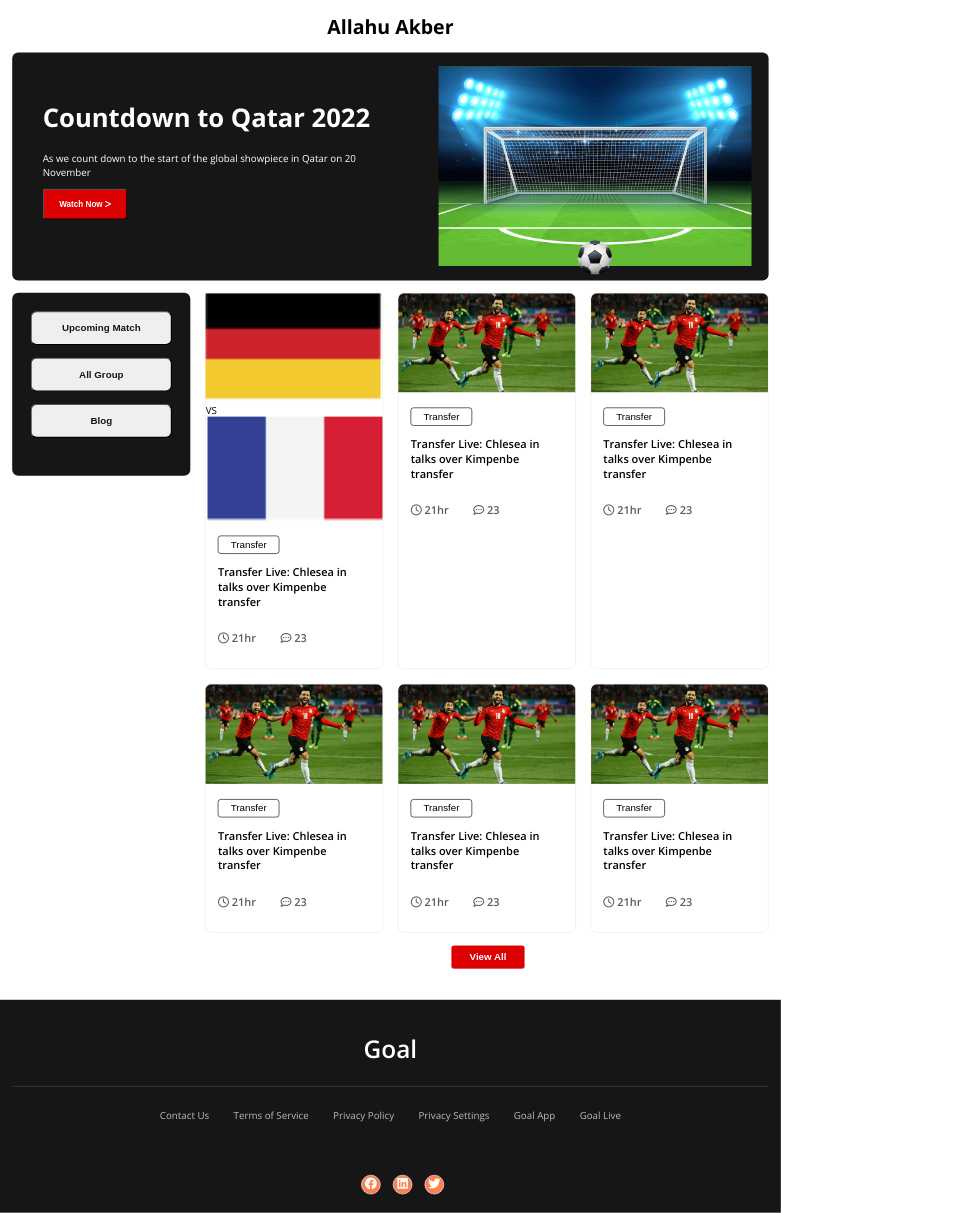
Repository: zjria/Qatar-world-cup
Page: match.html
An editor plug-in stored every save of this project. The page is shown before and after the next save, followed by the edit.
The browser window is 1280 px wide. The page is 1600 px wide, so the pictures cover 1600 px, including what lies to the right of the window. The pictures show the whole page, at 61% of full size.

Above is the page before, as saved 2022-09-10 10:02:38.

### match.html
<!DOCTYPE html>
<html lang="en">

<head>
    <meta charset="UTF-8">
    <meta http-equiv="X-UA-Compatible" content="IE=edge">
    <meta name="viewport" content="width=device-width, initial-scale=1.0">
    <title>QATAR WORLD CUP</title>
    <!-- Font Awesome CDN Link -->
    <link rel="stylesheet" href="https://cdnjs.cloudflare.com/ajax/libs/font-awesome/6.2.0/css/all.min.css"
        integrity="sha512-xh6O/CkQoPOWDdYTDqeRdPCVd1SpvCA9XXcUnZS2FmJNp1coAFzvtCN9BmamE+4aHK8yyUHUSCcJHgXloTyT2A=="
        crossorigin="anonymous" referrerpolicy="no-referrer" />
    <!-- Font Awesome CDN Link -->
    <link rel="stylesheet" href="https://cdnjs.cloudflare.com/ajax/libs/font-awesome/6.2.0/css/all.min.css"
        integrity="sha512-xh6O/CkQoPOWDdYTDqeRdPCVd1SpvCA9XXcUnZS2FmJNp1coAFzvtCN9BmamE+4aHK8yyUHUSCcJHgXloTyT2A=="
        crossorigin="anonymous" referrerpolicy="no-referrer" />
    <!-- Custom CSS -->
    <link rel="stylesheet" href="style.css">

</head>

<body>
    <h1 style="text-align:center;">Allahu Akber</h1>


    <!-- Header Section -->
    <header class="header-container">

        <div class="header-text">
            <h1>Countdown to Qatar 2022</h1>
            <p>As we count down to the start of the global showpiece in Qatar on 20 November</p>
            <button>Watch Now <i class="fa-solid fa-greater-than"></i> </button>
        </div>

        <div class="header-img">
            <marquee behavior="alternate" scrollamount="0" direction="">
                <marquee behavior="alternate" scrollamount="0" direction="">
                    <img src="images/Ball.png" class="ball" alt="">
                </marquee>

            </marquee>

        </div>


    </header>


    <!-- Nav Section start HTML -->
    <div class="nav-container">
        <nav class="nav-section">
            <div class="all-button">
                <button><a href="#">Upcoming Match</a></button>
                <button><a href="#">All Group</a></button>
                <button><a href="#">Blog</a></button>
            </div>
        </nav>

        <!-- Main Section Start HTML  -->
        <main class="main-section">
            <div class="transfer">
                <div class="match-vs">
                    <img src="images/germany Flag.png" alt=""> <span>VS</span>
                    <img src="images/Flag.png" alt="">
                </div>
                <div class="button-text">
                    <button>Transfer</button>
                    <p>Transfer Live: Chlesea in talks over Kimpenbe transfer</p>
                    <div class="icons">
                        <p><i class="fa-regular fa-clock"></i> <span>21hr</span></p>
                        <p><i class="fa-regular fa-comment-dots"></i> <span> 23</span></p>
                    </div>
                </div>
            </div>
            <div class="transfer">
                <img src="images/Blog Image.png" alt=""> <br>
                <div class="button-text">
                    <button>Transfer</button>
                    <p>Transfer Live: Chlesea in talks over Kimpenbe transfer</p>
                    <div class="icons">
                        <p><i class="fa-regular fa-clock"></i> <span>21hr</span></p>
                        <p><i class="fa-regular fa-comment-dots"></i> <span> 23</span></p>
                    </div>
                </div>
            </div>
            <div class="transfer">
                <img src="images/Blog Image.png" alt=""> <br>
                <div class="button-text">
                    <button>Transfer</button>
                    <p>Transfer Live: Chlesea in talks over Kimpenbe transfer</p>
                    <div class="icons">
                        <p><i class="fa-regular fa-clock"></i> <span>21hr</span></p>
                        <p><i class="fa-regular fa-comment-dots"></i> <span> 23</span></p>
                    </div>
                </div>
            </div>
            <div class="transfer">
                <img src="images/Blog Image.png" alt=""> <br>
                <div class="button-text">
                    <button>Transfer</button>
                    <p>Transfer Live: Chlesea in talks over Kimpenbe transfer</p>
                    <div class="icons">
                        <p><i class="fa-regular fa-clock"></i> <span>21hr</span></p>
                        <p><i class="fa-regular fa-comment-dots"></i> <span> 23</span></p>
                    </div>
                </div>
            </div>
            <div class="transfer">
                <img src="images/Blog Image.png" alt=""> <br>
                <div class="button-text">
                    <button>Transfer</button>
                    <p>Transfer Live: Chlesea in talks over Kimpenbe transfer</p>
                    <div class="icons">
                        <p><i class="fa-regular fa-clock"></i> <span>21hr</span></p>
                        <p><i class="fa-regular fa-comment-dots"></i> <span> 23</span></p>
                    </div>
                </div>
            </div>
            <div class="transfer">
                <img src="images/Blog Image.png" alt=""> <br>
                <div class="button-text">
                    <button>Transfer</button>
                    <p>Transfer Live: Chlesea in talks over Kimpenbe transfer</p>
                    <div class="icons">
                        <p><i class="fa-regular fa-clock"></i> <span>21hr</span></p>
                        <p><i class="fa-regular fa-comment-dots"></i> <span> 23</span></p>
                    </div>
                </div>
            </div>
        </main>
    </div>

    <!-- Only Table -->
    <div class="view-all">
        <Button>View All</Button>
    </div>

    <!-- Footer Section start -->
    <div class="footer-container">
        <div class="footer">
            <h2>Goal</h2>
            <hr>
            <div class="footer-text">
                <ul>
                    <li>Contact Us</li>
                    <li>Terms of Service</li>
                    <li>Privacy Policy</li>
                    <li>Privacy Settings</li>
                    <li>Goal App</li>
                    <li>Goal Live</li>
                </ul>
            </div>
        </div>
        <!-- Social Icons start -->
        <div class="social-icons">
            <ul>
                <li><a href="https://web.facebook.com/profile.php?id=100010388645936"><i
                            class="fa-brands fa-facebook"></i></a></li>
                <li><a href="https://www.linkedin.com/in/web-developer-zj/"><i class="fa-brands fa-linkedin"></i></a>
                </li>
                <li><a href="https://twitter.com/webdeveloper_zj"><i class="fa-brands fa-twitter"></i></a></li>
            </ul>
        </div>
    </div>
</body>

</html>

### style.css
/* Google Fonts Link */
@import url('https://fonts.googleapis.com/css2?family=Open+Sans:wght@300;400;500;600;700&family=Poppins:wght@500&family=Roboto:wght@100;300;400;500;700;900&display=swap');

body {
    font-family: 'Open Sans', sans-serif;
    margin: 0%;
    padding: 0%;
    background-color: white;
}

/* Header Section */

.header-container {
    display: flex;
    border-radius: 10px;
    margin-bottom: 130px;
    margin: 20px;
    background: #161616;
}

.header-container .header-text {
    color: #FFFFFF;
    padding: 50px;
    width: 50%;

}

.header-container .header-text h1 {
    font-size: 42px;
    bottom: 20px;
}

.header-container .header-text p {
    font-size: 16px;
}

.header-container .header-text button {
    background: #DD0000;
    border-radius: 5px;
    padding: 16px 25px;
    color: white;
    font-weight: 700;
}

.header-img {
    background: url(images/goal-bar.png);
    background-repeat: no-repeat;
    background-position: center;
    background-size: 90%;
    width: 50%;
}

.header-img .ball {
    justify-content: center;
    align-items: center;
    margin: 0 auto;
    display: flex;
    margin-top: 54%;
}

.header-img img {
    width: 10%;
}

.ball {
    transition: transform 0.3s ease-out;
}

.header-img:hover .ball {
    transform: rotate(90deg);
    transform: translate(280px, -50%);
    padding-top: -60px;
    transform: scale(0.5) translate(-100%, -100%) rotate(0.5turn);

}


/* Nav Section Start */

.nav-container {
    display: flex;
    margin: 20px;
}

.nav-section {
    background: #161616;
    border-radius: 10px;
    margin-right: 24px;
    width: 500px;
    height: 300px;
}

.all-button {
    display: flex;
    flex-direction: column;
    margin: 30px 30px 0px 30px;
}

.all-button button {
    padding: 17px;
    margin-bottom: 20px;
    border-radius: 10px;
    font-weight: 700;
    font-size: 16px;
}

.all-button button a {
    text-decoration: none;
    color: #161616;
}

.all-button button:hover {
    background-color: #DD0000;
    color: white;
}

/* Main Section */
.main-section {
    display: grid;
    grid-template-columns: repeat(3, 1fr);
    grid-column-gap: 24px;
    grid-row-gap: 24px;
}

.transfer {
    border: 1px solid #E8E8E8;
    border-radius: 10px;
}

.button-text {
    padding: 20px;
}

.button-text button {
    padding: 5px 20px;
    border: 1px solid;
    border-radius: 5px;
    font-size: 16px;
    background-color: white;
}

.button-text p {
    font-size: 18px;
    font-weight: 600;
}

.transfer img {
    width: 100%;
}

.container .nav-section {
    width: 312px;
}

.icons {
    display: flex;
    color: rgba(22, 22, 22, 0.7);
    font-size: 16px;
}

.icons p {
    margin-right: 40px;
}

/* Only Table */
.view-all {
    display: flex;
    justify-content: center;
    margin: 0 auto;
    margin-right: -25%;
}

.view-all button {
    padding: 10px 30px;
    border: 1px solid;
    border-radius: 5px;
    font-size: 16px;
    color: white;
    background-color: #DD0000;
    font-weight: 700;
}



/* Footer Container style start */
.footer-container {
    width: 100%;
    background: #161616;
    margin-top: 50px;
}

.footer hr {
    border: 1px solid rgba(255, 255, 255, 0.1);

}

.footer {
    text-align: center;
    justify-content: center;
    align-items: center;
    margin: 0 auto;
    padding: 20px 0px;
}

.footer hr {
    margin: 0px 20px;
}

.footer-container h2 {
    color: #FFFFFF;
    font-weight: 600;
    font-size: 40px;

}

.footer-container .footer-text {
    color: #FFFFFF;
    text-align: center;
    justify-content: center;
    align-items: center;

}

.footer-container .footer-text ul {
    display: flex;
    text-align: center;
    justify-content: center;
    align-items: center;
    /* margin: 0px 20px; */
    padding: 0px;
}

.footer-container .footer-text ul li {
    text-decoration: none;
    list-style: none;
    margin: 20px 20px;
    color: #B9B9B9;
    font-size: 16px;
}

/* Social Icons style start */
.social-icons {
    color: white;
    font-size: 20px;
    margin: 0 auto;
    text-align: center;
    justify-content: center;
    align-items: center;
    display: flex;
}

.social-icons ul {
    display: flex;
}

.social-icons ul li {
    background-color: coral;
    border-radius: 50%;
    width: 30px;
    height: 30px;
    border: 1px solid ghostwhite;
    list-style: none;
    margin: 10px;

}

.social-icons ul li a {
    color: white;
}

After the next save:
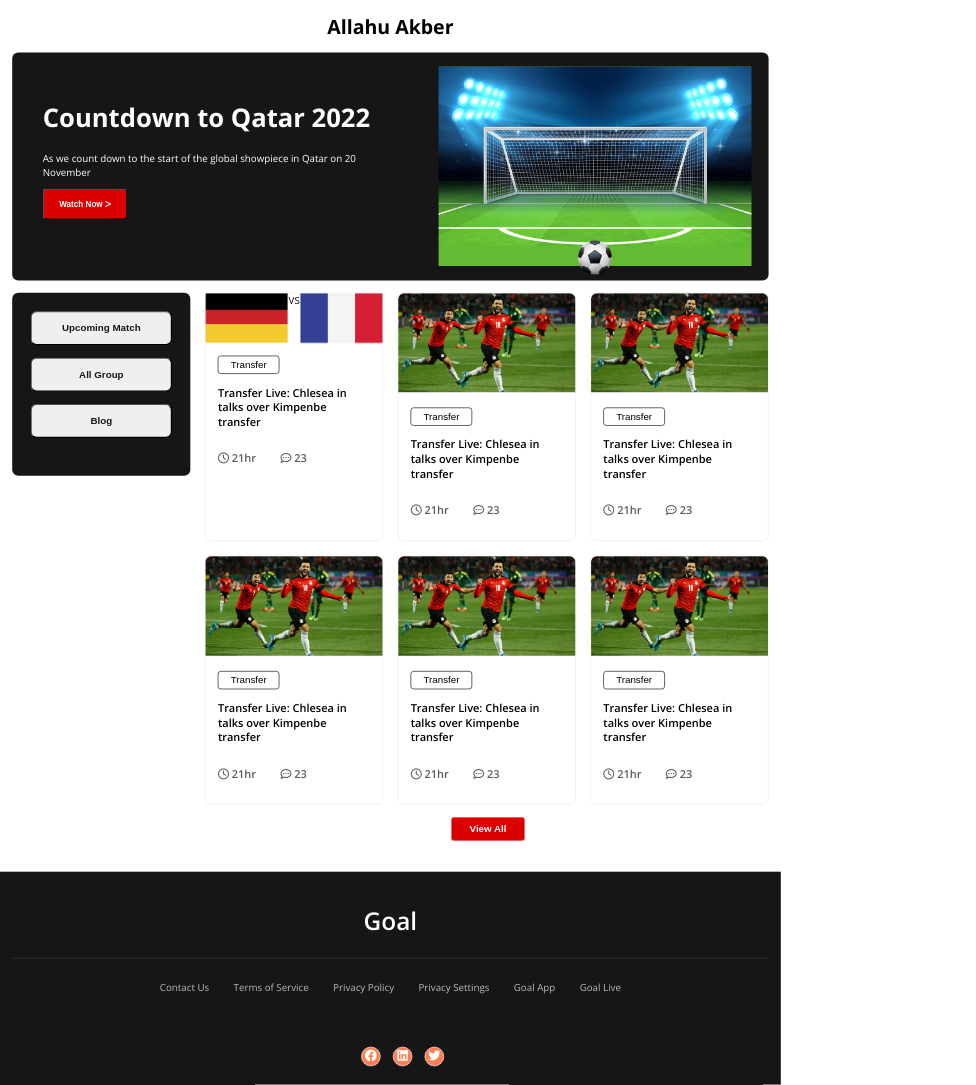
Saved 48 s later.
--- a/style.css
+++ b/style.css
@@ -125,6 +125,10 @@
 .transfer {
     border: 1px solid #E8E8E8;
     border-radius: 10px;
+}
+
+.transfer .match-vs {
+    display: flex;
 }
 
 .button-text {
